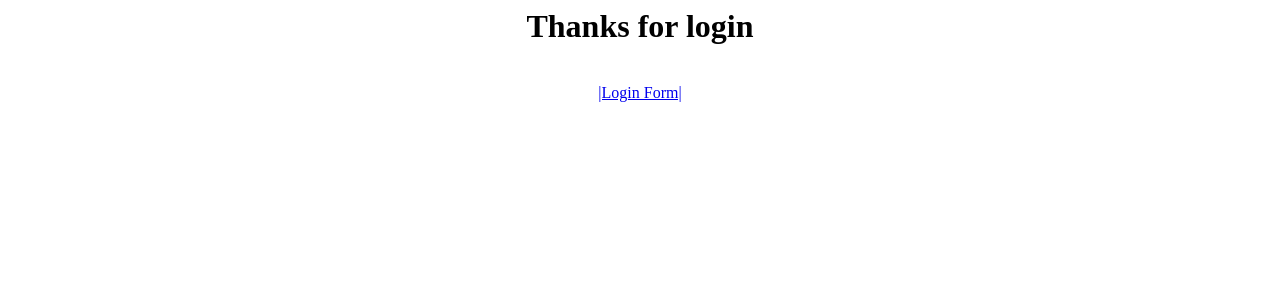
Repository: NiyazulHasan/aws-notes-by-niyaz-sir
Page: Classroom-AWS-Notes/workspace/DemoApp/WebContent/failure.html
An editor plug-in stored every save of this project. The page is shown before and after the next save, followed by the edit.
The browser window is 1280 px wide. The pictures show the whole page.

Above is the page before, as saved 2023-08-18 16:45:46.

### Classroom-AWS-Notes/workspace/DemoApp/WebContent/failure.html
<center>
	<h1>Thanks for login</h1>
	<br>
	<a href="./index.html">|Login Form|</a>
</center>

After the next save:
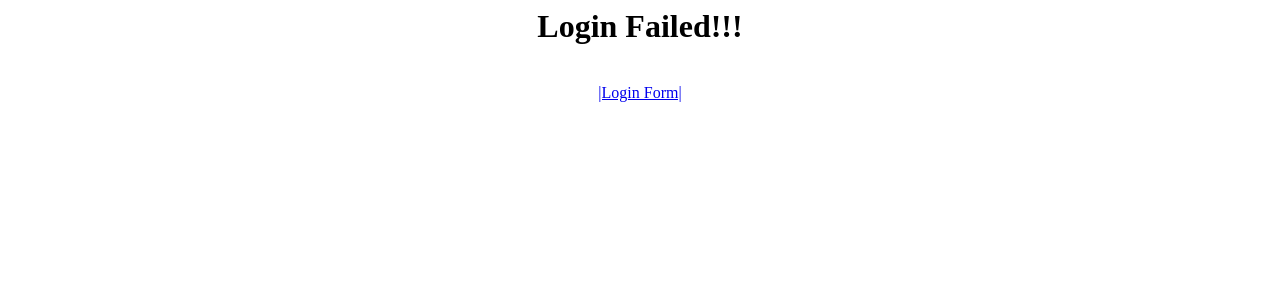
Saved 7 s later.
--- a/Classroom-AWS-Notes/workspace/DemoApp/WebContent/failure.html
+++ b/Classroom-AWS-Notes/workspace/DemoApp/WebContent/failure.html
@@ -1,5 +1,5 @@
 <center>
-	<h1>Thanks for login</h1>
+	<h1>Login Failed!!!</h1>
 	<br>
 	<a href="./index.html">|Login Form|</a>
 </center>
